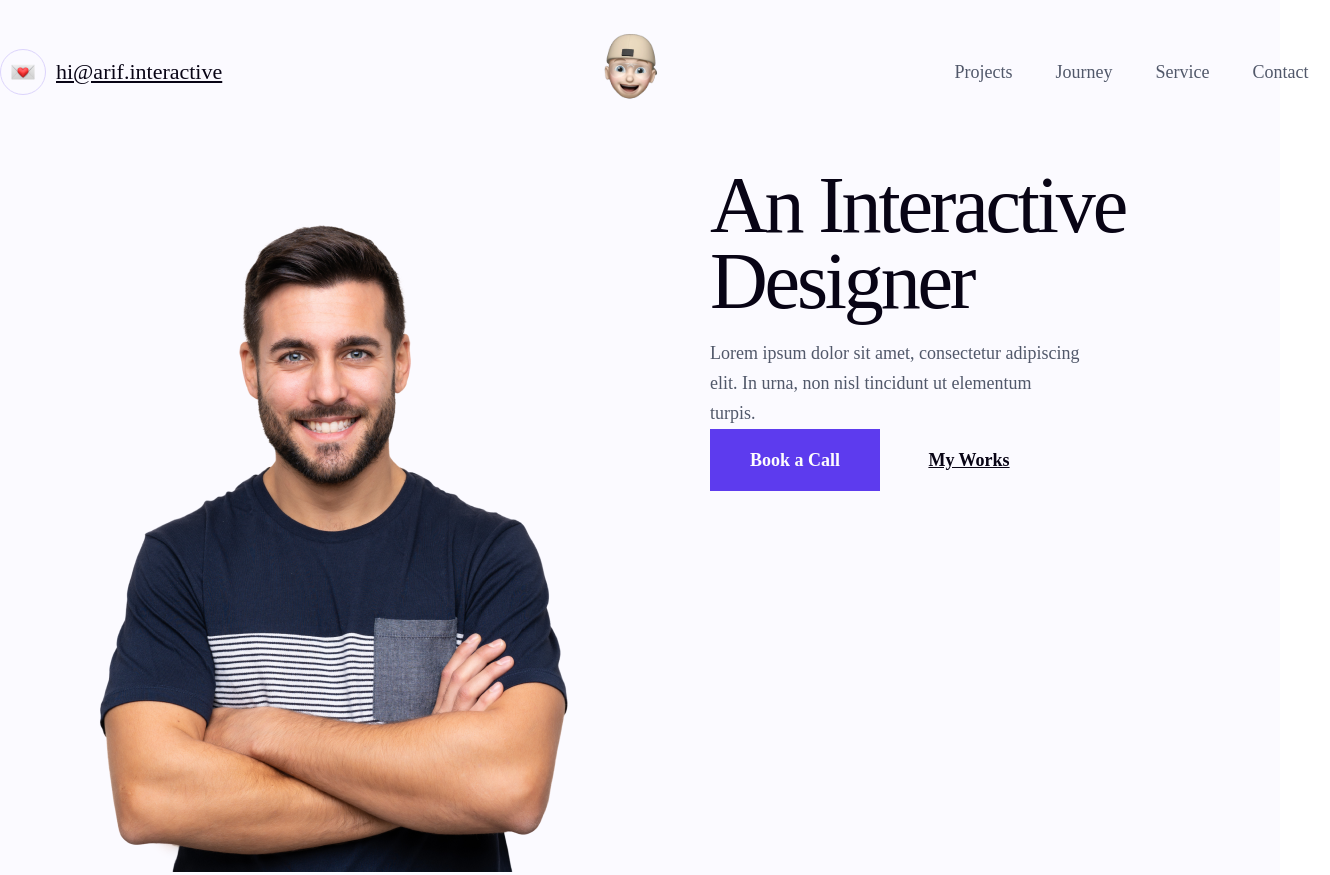
Repository: trantangtuan/project-06-grid-system12column-demo
Page: index.html
These files come from the project's save history. The page is drawn as it stood at one moment and after the next save; the edit follows.
The browser window is 1280 px wide. The page is 1330 px wide, so the pictures cover 1330 px, including what lies to the right of the window. The pictures show the whole page.

Above is the page before, as saved 2024-07-12 21:28:34.

After the next save:
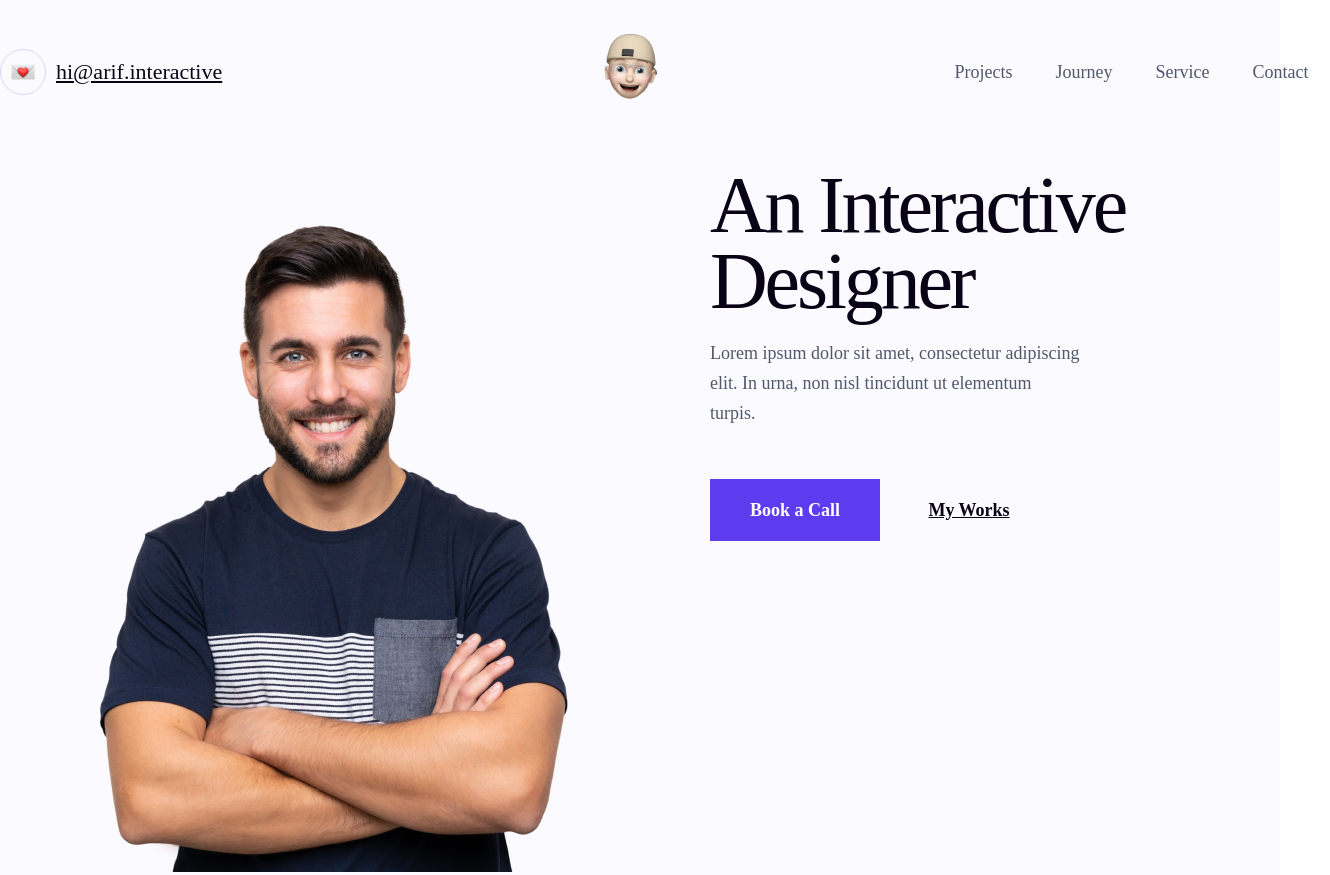
Saved 29 s later.
--- a/assets/css/style.css
+++ b/assets/css/style.css
@@ -141,6 +141,10 @@ a {
   line-height: 166.667%;
 }
 
+.hero__cta {
+  margin-top: 50px;
+}
+
 .btn__my-detail {
   background-color: transparent;
   color: #080415;
